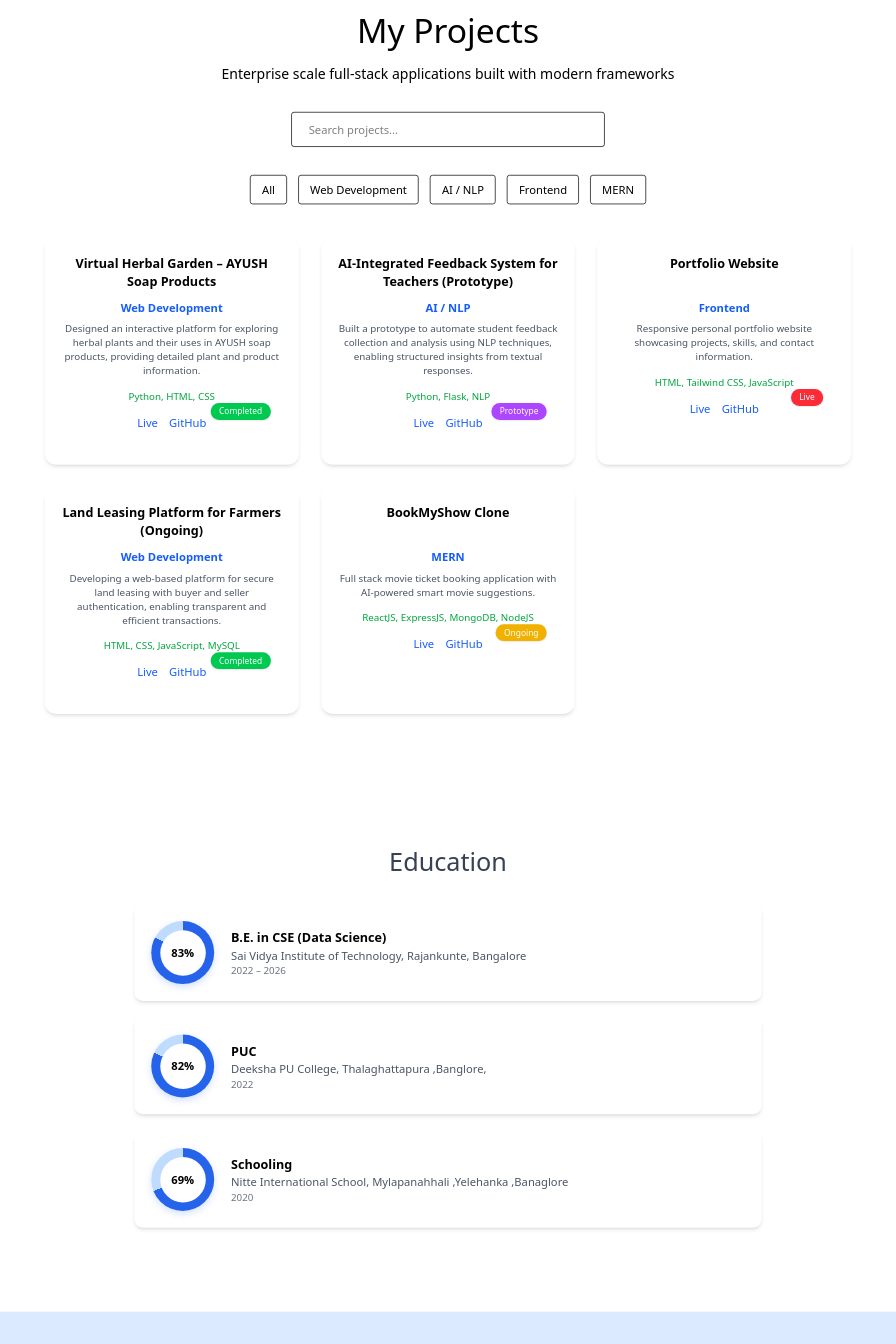
Repository: Rhaashee/myProfile
Page: index.html
These files come from the project's save history. The page is drawn as it stood at one moment and after the next save; the edit follows.
The browser window is 1280 px wide. The pictures show the part of the page from y = 877 to 2797 px (the page is 3607 px tall before and 3487 px after), at 70% of full size.

Above is the page before, as saved 2026-04-29 16:40:16.
Console error: SyntaxError: Identifier 'projectsData' has already been declared

After the next save:
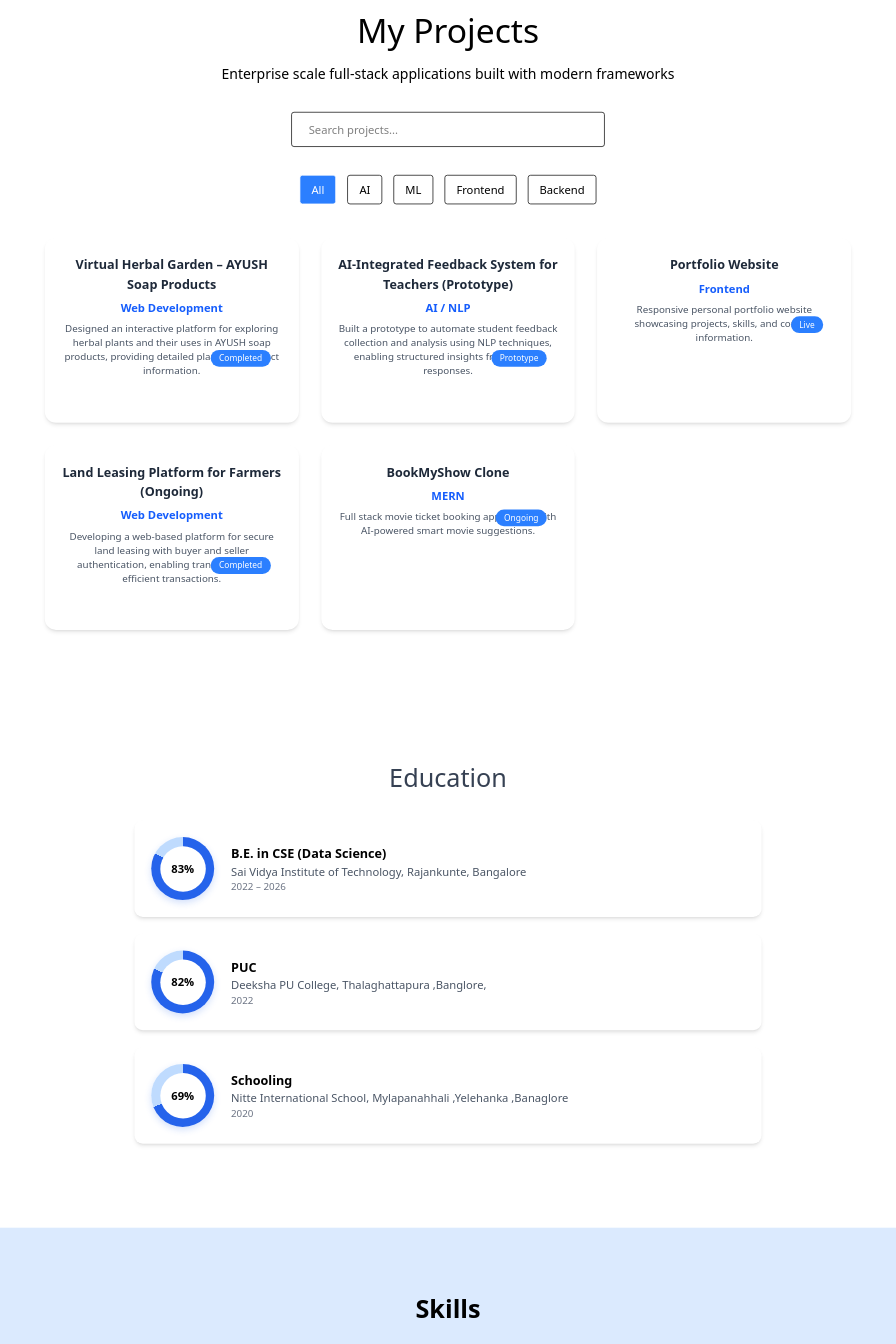
Saved 101 s later.
--- a/js/features/project-filter.js
+++ b/js/features/project-filter.js
@@ -1,88 +1,80 @@
 // RENDER + FILTER UI
+let currentFilter = "All";
+
+// 🎯 RENDER PROJECTS
 function renderProjects(projects) {
-    const container = document.getElementById("projects-container");
-    container.innerHTML = "";
+  const container = document.getElementById("projects-container");
+  container.innerHTML = "";
 
-    projects.forEach((project) => {
+  projects.forEach((project) => {
 
-        const card = document.createElement("div");
-        card.className =
-            "bg-white rounded-2xl shadow-md p-6 pb-12 text-center hover:shadow-xl transition";
+    const card = document.createElement("div");
+    card.className =
+      "bg-white dark:bg-blue-50 text-gray-800 rounded-2xl shadow-md p-6 pb-12 text-center hover:shadow-xl transition";
 
-        const wrapper = document.createElement("div");
-        wrapper.className = "relative";
+    const wrapper = document.createElement("div");
+    wrapper.className = "relative";
 
-        // Status badge (bottom-right)
-        const badge = document.createElement("span");
-        badge.className =
-            "absolute bottom-4 right-4 text-white text-xs px-3 py-1 rounded-full shadow";
+    // STATUS BADGE
+    const badge = document.createElement("span");
+    badge.className =
+      "absolute bottom-4 right-4 text-white text-xs px-3 py-1 rounded-full";
 
-        // status color
-        if (project.status === "Completed") badge.classList.add("bg-green-500");
-        else if (project.status === "Ongoing") badge.classList.add("bg-yellow-500");
-        else if (project.status === "Prototype") badge.classList.add("bg-purple-500");
-        else badge.classList.add("bg-red-500");
+    badge.classList.add("bg-blue-500");
+    badge.textContent = project.status;
 
-        badge.textContent = project.status;
+    const title = document.createElement("h2");
+    title.className = "text-lg font-semibold mb-2";
+    title.textContent = project.name;
 
-        const title = document.createElement("h2");
-        title.className =
-            "text-lg font-semibold mb-2 leading-snug h-14 overflow-hidden line-clamp-2";
-        title.textContent = project.name;
+    const category = document.createElement("p");
+    category.className = "text-blue-600 font-semibold mb-2";
+    category.textContent = project.category;
 
-        const category = document.createElement("p");
-        category.className = "text-blue-600 font-semibold mb-2";
-        category.textContent = project.category;
+    const desc = document.createElement("p");
+    desc.className = "text-gray-600 text-sm mb-4";
+    desc.textContent = project.description;
 
-        const desc = document.createElement("p");
-        desc.className = "text-gray-600 text-sm mb-4";
-        desc.textContent = project.description;
-
-        const tech = document.createElement("p");
-        tech.className = "text-green-600 text-sm mb-4";
-        tech.textContent = project.technologies.join(", ");
-
-        const links = document.createElement("div");
-        links.className = "flex justify-center gap-4";
-
-        const live = document.createElement("a");
-        live.href = project.liveDemo;
-        live.textContent = "Live";
-        live.className = "text-blue-600 hover:underline";
-
-        const github = document.createElement("a");
-        github.href = project.github;
-        github.textContent = "GitHub";
-        github.className = "text-blue-600 hover:underline";
-
-        links.append(live, github);
-
-        wrapper.append(badge, title, category, desc, tech, links);
-        card.appendChild(wrapper);
-        container.appendChild(card);
-    });
+    wrapper.append(badge, title, category, desc);
+    card.appendChild(wrapper);
+    container.appendChild(card);
+  });
 }
 
-// FILTER BUTTONS
+// 🎯 RENDER FILTER BUTTONS
 function renderFilters() {
-    const filterContainer = document.getElementById("project-filters");
+  const filterContainer = document.getElementById("project-filters");
 
-    const categories = ["All", ...new Set(projectsData.map(p => p.category))];
+  const categories = ["All", "AI", "ML", "Frontend", "Backend"];
 
-    categories.forEach((cat) => {
-        const btn = document.createElement("button");
-        btn.textContent = cat;
-        btn.className =
-            "px-4 py-2 border rounded hover:bg-blue-500 hover:text-white";
+  categories.forEach((cat) => {
 
-        btn.addEventListener("click", () => {
-            if (cat === "All") renderProjects(projectsData);
-            else {
-                const filtered = projectsData.filter(p => p.category === cat);
-                renderProjects(filtered);
-            }
-        });
+    const btn = document.createElement("button");
 
-        filterContainer.appendChild(btn);
+    btn.textContent = cat;
+    btn.className =
+      "px-4 py-2 rounded border font-medium transition";
+
+    // active style
+    if (cat === currentFilter) {
+      btn.classList.add("bg-blue-500", "text-white");
+    }
+
+    btn.addEventListener("click", () => {
+      currentFilter = cat;
+
+      const filtered =
+        cat === "All"
+          ? projectsData
+          : projectsData.filter(p => p.category === cat);
+
+      renderProjects(filtered);
+
+      // re-render buttons to update active state
+      filterContainer.innerHTML = "";
+      renderFilters();
     });
+
+    filterContainer.appendChild(btn);
+  });
 }
